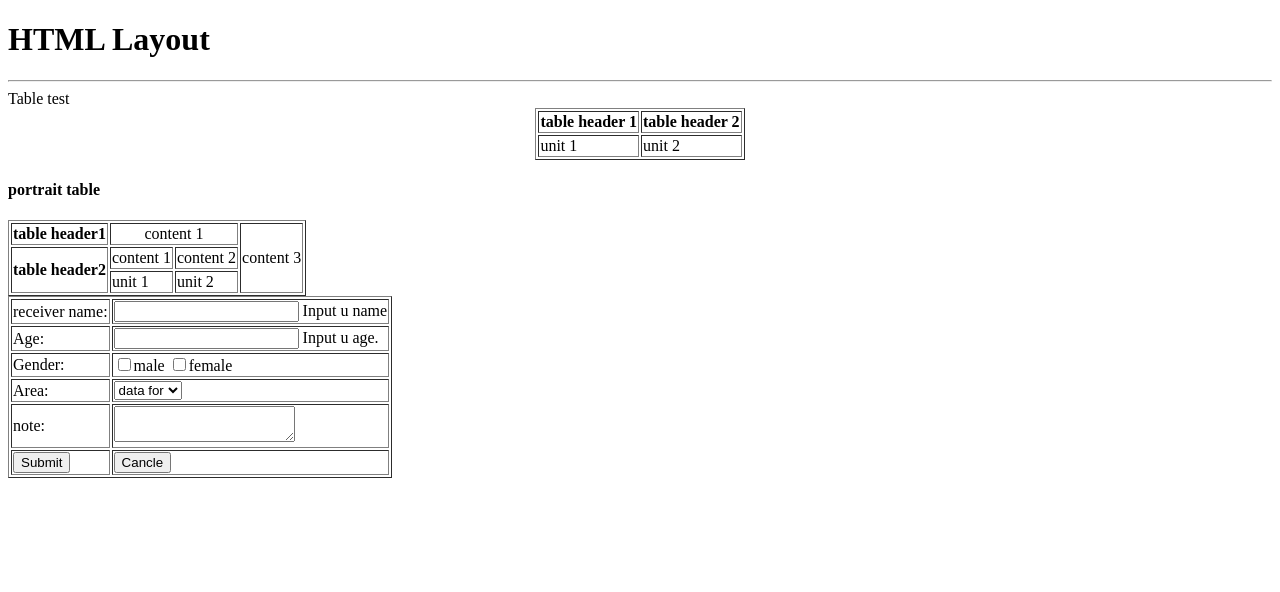
Repository: libelosophy/anjoyo
Page: workspace/QTalk/WebContent/html/table.html
The author's editor kept a copy of each file at every save. The page is drawn from the files as they stood at one save, then again after the next save.
The browser window is 1280 px wide. The pictures show the whole page.

Above is the page before, as saved 2013-09-09 12:09:48.

### workspace/QTalk/WebContent/html/table.html
<!DOCTYPE html>
<html>
<head>
<title>HTML Layout</title>
<meta name="author" content="jh">

</head>

<h1>HTML Layout</h1>
<body>
	<hr />


	<table border="1" align="center">
		Table test
		<tr>
			<th>table header 1</th>
			<th>table header 2</th>
		</tr>
		<tr>
			<td>unit 1</td>
			<td>unit 2</td>
		</tr>
	</table>

	<h4>portrait table</h4>
	<table border="1">
		<tr>
			<th>table header1</th>
			<td colspan="2" align="center">content 1</td>
			<td rowspan="3">content 3</td>
		</tr>

		<tr>
			<th rowspan="2">table header2</th>
			<td>content 1</td>
			<td>content 2</td>

		</tr>
		<tr>
			<td>unit 1</td>
			<td>unit 2</td>
		</tr>

	</table>

	<form action="提交到服务器的哪个页面" method="POST|GET">
		<table border="1" cellspcace="2">
			<tr>
				<td>receiver name:</td>
				<td><input type="text" name="name" size="20" /> Input u name</td>
			</tr>

			<tr>
				<td>Age:</td>
				<td><input type="number" name="age" size="20" /> Input u age.</td>
			</tr>

			<tr>
				<td>Gender:</td>
				<td><input type="checkbox" name="gender_male" size="20" />male
					<input type="checkbox" name="gender_female" size="20" />female</td>
			</tr>

			<tr>
				<td>Area:</td>
				<td><select name="date for receiver">
						<option value="tips">data for</option>
						<option value="day1">day 1</option>
						<option value="day2">day 2</option>
				</select></td>
			</tr>

			<tr>
				<td>note:</td>
				<td>
					<textarea >
				 	</textarea>
				 </td>
			</tr>
			<tr>
				<td><input type="submit" value="Submit" /></td>
				<td><input type="submit" value="Cancle" /></td>
			</tr>

		</table>
	</form>


</body>
</html>

After the next save:
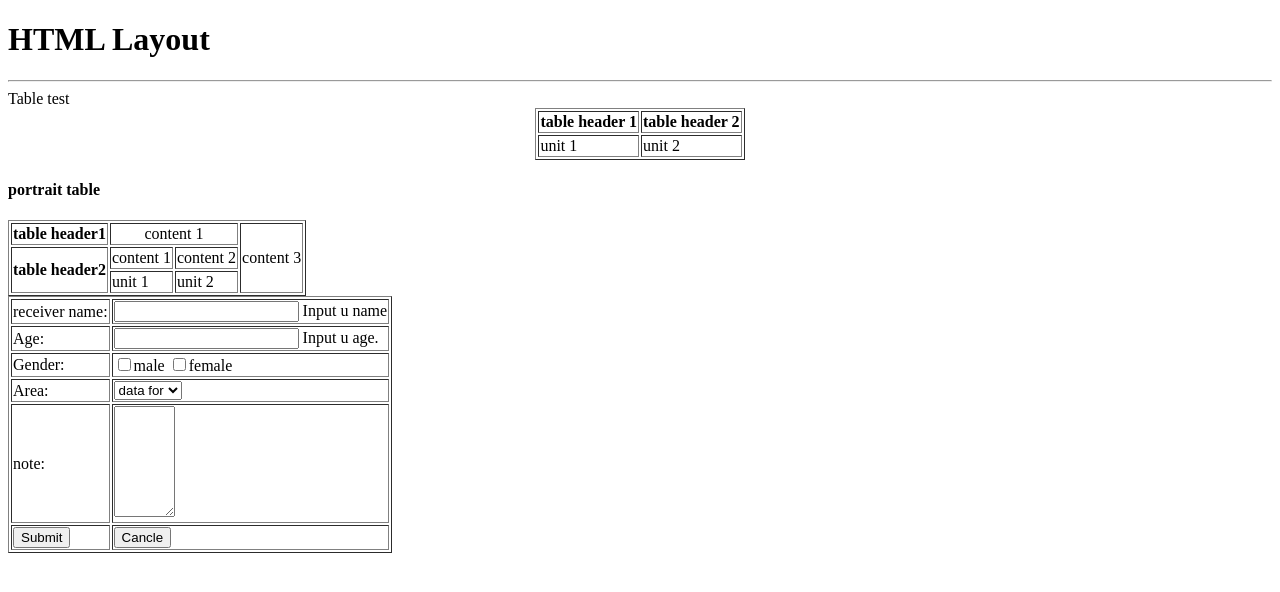
Saved 66 s later.
--- a/workspace/QTalk/WebContent/html/table.html
+++ b/workspace/QTalk/WebContent/html/table.html
@@ -74,7 +74,7 @@
 			<tr>
 				<td>note:</td>
 				<td>
-					<textarea >
+					<textarea  cols="5" rows="7" contenteditable="true" >
 				 	</textarea>
 				 </td>
 			</tr>
